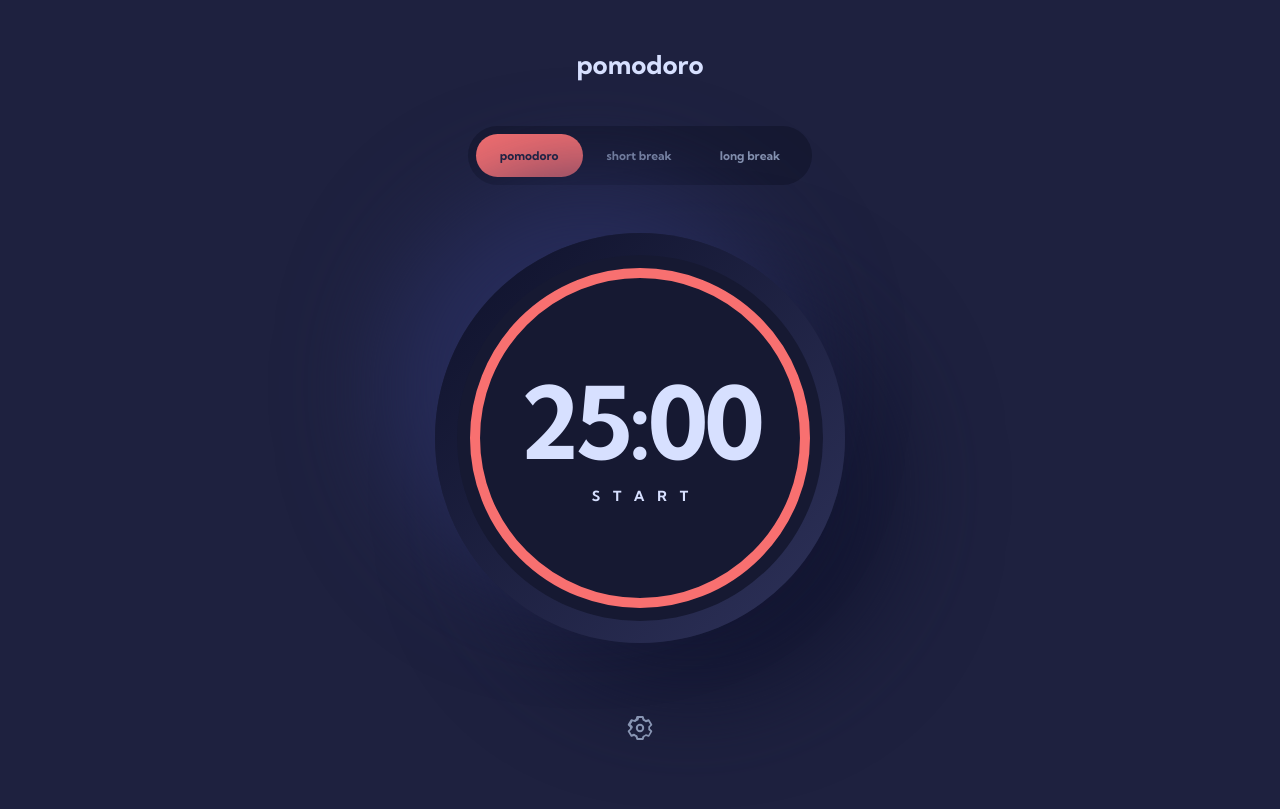
Repository: blordeus/pomodoro-app
Page: /
The author's editor kept a copy of each file at every save. The page is drawn from the files as they stood at one save, then again after the next save.
The browser window is 1280 px wide. The pictures show the whole page.
The project was rebuilt for these pictures with package versions that can differ from the ones it lists, and the page was loaded fresh each time. Also part of the build but not shown: src/components/TimeInput.jsx, src/components/SettingsModal.jsx.

Above is the page before, as saved 2026-05-09 17:55:50.

### index.html
<!doctype html>
<html lang="en">
  <head>
    <meta charset="UTF-8" />
    <meta name="viewport" content="width=device-width, initial-scale=1.0" />
    <title>Pomodoro App</title>
  </head>
  <body>
    <div id="root"></div>
    <script type="module" src="/src/main.jsx"></script>
  </body>
</html>

### src/main.jsx
import React from 'react';
import { createRoot } from 'react-dom/client';
import './index.css';
import App from './App.jsx';

createRoot(document.getElementById('root')).render(
  <React.StrictMode>
    <App />
  </React.StrictMode>
);

### src/index.css
@import url('https://fonts.googleapis.com/css2?family=Kumbh+Sans:wght@400;700&family=Roboto+Slab:wght@400;700&family=Space+Mono:wght@400;700&display=swap');

/* ─── Design Tokens ─────────────────────────────────────────── */
:root {
  --bg: #1E213F;
  --surface: #161932;
  --surface-alt: #0D0E1C;
  --text-primary: #D7E0FF;
  --text-muted: #8895B3;
  --modal-bg: #FFFFFF;
  --modal-text: #161932;
  --modal-label: #1E213F;
  --modal-section-title: #161932;
  --input-bg: #EFF1FA;
  --input-text: #1E213F;
  --divider: #E3E1E1;

  /* Accent — overridden by useSettings via JS */
  --accent: #F87070;

  /* Font — overridden by useSettings via JS */
  --font-app: 'Kumbh Sans', sans-serif;

  /* Timer sizing */
  --timer-outer: 410px;
  --timer-inner: 366px;
  --timer-ring-size: 339px;
}

/* ─── Reset & Base ──────────────────────────────────────────── */
*, *::before, *::after {
  box-sizing: border-box;
  margin: 0;
  padding: 0;
}

body {
  font-family: var(--font-app);
  background-color: var(--bg);
  color: var(--text-primary);
  min-height: 100vh;
  transition: font-family 0.2s ease;
}

button {
  cursor: pointer;
  border: none;
  background: none;
  font-family: inherit;
}

/* ─── App Layout ────────────────────────────────────────────── */
.app {
  display: flex;
  flex-direction: column;
  align-items: center;
  padding: 48px 24px 56px;
  min-height: 100vh;
}

.app__title {
  font-size: 1.625rem;
  font-weight: 700;
  letter-spacing: 0;
  color: var(--text-primary);
  margin-bottom: 45px;
}

/* ─── Mode Selector ─────────────────────────────────────────── */
.mode-selector {
  display: flex;
  align-items: center;
  background-color: var(--surface);
  border-radius: 31.5px;
  padding: 8px;
  gap: 0;
  margin-bottom: 48px;
}

.mode-btn {
  font-family: var(--font-app);
  font-size: 0.75rem;
  font-weight: 700;
  color: var(--text-muted);
  border-radius: 26.5px;
  padding: 14px 24px;
  transition: color 0.25s ease, background-color 0.25s ease;
  white-space: nowrap;
}

.mode-btn:hover {
  color: var(--text-primary);
}

.mode-btn--active {
  background-color: var(--accent);
  color: var(--modal-label);
}

/* ─── Timer ─────────────────────────────────────────────────── */
.timer-wrapper {
  margin-bottom: 63px;
}

.timer-outer {
  width: var(--timer-outer);
  height: var(--timer-outer);
  border-radius: 50%;
  background: linear-gradient(315deg, #2E325A 0%, #0E112A 100%);
  box-shadow:
    -50px -50px 100px #272C5A,
    50px 50px 100px #121530;
  display: flex;
  align-items: center;
  justify-content: center;
}

.timer-inner {
  width: var(--timer-inner);
  height: var(--timer-inner);
  border-radius: 50%;
  background: var(--surface);
  display: flex;
  align-items: center;
  justify-content: center;
  position: relative;
}

.timer-ring {
  position: absolute;
  inset: 0;
  display: flex;
  align-items: center;
  justify-content: center;
  width: 100%;
  height: 100%;
  padding: 13px;
}

.progress-ring {
  overflow: visible;
  width: 100%;
  height: 100%;
}

.timer-face {
  position: relative;
  z-index: 1;
  display: flex;
  flex-direction: column;
  align-items: center;
  gap: 15px;
  padding: 20px 40px;
  border-radius: 50%;
  background: transparent;
  transition: opacity 0.15s ease;
}

.timer-face:hover .timer-action {
  color: var(--accent);
}

.timer-time {
  font-family: var(--font-app);
  font-size: 6.25rem;
  font-weight: 700;
  color: var(--text-primary);
  letter-spacing: -4px;
  line-height: 1;
}

.timer-action {
  font-family: var(--font-app);
  font-size: 0.875rem;
  font-weight: 700;
  letter-spacing: 13px;
  color: var(--text-primary);
  text-transform: uppercase;
  transition: color 0.2s ease;
  /* offset to account for letter-spacing on last char */
  padding-left: 13px;
}

/* ─── Settings Trigger ──────────────────────────────────────── */
.settings-trigger {
  color: var(--text-muted);
  transition: color 0.2s ease;
  padding: 8px;
}

.settings-trigger:hover {
  color: var(--text-primary);
}

/* ─── Settings Modal ────────────────────────────────────────── */
.modal-backdrop {
  position: fixed;
  inset: 0;
  background: rgba(10, 12, 28, 0.5);
  display: flex;
  align-items: center;
  justify-content: center;
  z-index: 100;
  padding: 24px;
}

.modal {
  background: var(--modal-bg);
  border-radius: 25px;
  width: 100%;
  max-width: 540px;
  position: relative;
  overflow: visible;
}

.modal__header {
  display: flex;
  align-items: center;
  justify-content: space-between;
  padding: 34px 40px 28px;
  border-bottom: 1px solid var(--divider);
}

.modal__title {
  font-size: 1.75rem;
  font-weight: 700;
  color: var(--modal-label);
}

.modal__close {
  color: var(--text-muted);
  padding: 4px;
  transition: color 0.2s ease;
  display: flex;
  align-items: center;
  justify-content: center;
}

.modal__close:hover {
  color: var(--modal-label);
}

.modal__body {
  padding: 24px 40px;
}

.modal__section {
  padding: 24px 0;
}

.modal__section--row {
  display: flex;
  align-items: center;
  justify-content: space-between;
}

.modal__section-title {
  font-size: 0.6875rem;
  font-weight: 700;
  letter-spacing: 4.23px;
  color: var(--modal-section-title);
  text-transform: uppercase;
  margin-bottom: 18px;
}

.modal__section--row .modal__section-title {
  margin-bottom: 0;
}

.modal__time-inputs {
  display: flex;
  gap: 20px;
}

.modal__divider {
  height: 1px;
  background: var(--divider);
}

.modal__options {
  display: flex;
  gap: 16px;
  align-items: center;
}

.modal__footer {
  display: flex;
  justify-content: center;
  padding-bottom: 53px;
  /* Apply button overlaps the bottom of the modal */
  margin-top: -20px;
}

/* ─── TimeInput ─────────────────────────────────────────────── */
.time-input {
  flex: 1;
  display: flex;
  flex-direction: column;
  gap: 8px;
}

.time-input__label {
  font-size: 0.75rem;
  font-weight: 700;
  color: var(--text-muted);
}

.time-input__control {
  display: flex;
  align-items: center;
  justify-content: space-between;
  background: var(--input-bg);
  border-radius: 10px;
  padding: 14px 16px;
}

.time-input__value {
  font-size: 0.875rem;
  font-weight: 700;
  color: var(--input-text);
}

.time-input__arrows {
  display: flex;
  flex-direction: column;
  gap: 8px;
}

.time-input__arrow {
  color: #8895B3;
  display: flex;
  align-items: center;
  justify-content: center;
  transition: color 0.15s ease;
  padding: 0;
  line-height: 1;
}

.time-input__arrow:hover {
  color: var(--input-text);
}

/* ─── Font Buttons ──────────────────────────────────────────── */
.font-btn {
  width: 40px;
  height: 40px;
  border-radius: 50%;
  font-size: 0.9375rem;
  font-weight: 700;
  background: var(--input-bg);
  color: var(--modal-label);
  display: flex;
  align-items: center;
  justify-content: center;
  transition: background-color 0.2s ease, color 0.2s ease;
}

.font-btn--active {
  background: var(--modal-label);
  color: var(--modal-bg);
}

/* ─── Color Buttons ─────────────────────────────────────────── */
.color-btn {
  width: 40px;
  height: 40px;
  border-radius: 50%;
  position: relative;
  transition: opacity 0.2s ease;
}

.color-btn:hover {
  opacity: 0.85;
}

.color-btn--active::after {
  content: '';
  position: absolute;
  inset: 0;
  display: flex;
  align-items: center;
  justify-content: center;
  background-image: url("data:[embedded picture, 244 characters]");
  background-repeat: no-repeat;
  background-position: center;
}

/* ─── Apply Button ──────────────────────────────────────────── */
.apply-btn {
  font-family: var(--font-app);
  font-size: 1rem;
  font-weight: 700;
  color: white;
  background: var(--accent);
  border-radius: 26.5px;
  padding: 17px 47px;
  transition: filter 0.2s ease;
}

.apply-btn:hover {
  filter: brightness(1.15);
}

/* ─── Responsive ────────────────────────────────────────────── */
@media (max-width: 600px) {
  :root {
    --timer-outer: 300px;
    --timer-inner: 267px;
    --timer-ring-size: 248px;
  }

  .app {
    padding: 32px 24px 48px;
  }

  .app__title {
    margin-bottom: 40px;
  }

  .mode-selector {
    margin-bottom: 45px;
  }

  .mode-btn {
    padding: 11px 16px;
    font-size: 0.6875rem;
  }

  .timer-time {
    font-size: 5rem;
    letter-spacing: -3px;
  }

  .timer-wrapper {
    margin-bottom: 56px;
  }

  /* Settings modal: stack time inputs vertically */
  .modal__time-inputs {
    flex-direction: column;
    gap: 8px;
  }

  .time-input {
    flex-direction: row;
    align-items: center;
    justify-content: space-between;
  }

  .time-input__label {
    flex-shrink: 0;
  }

  .modal__header {
    padding: 28px 24px 24px;
  }

  .modal__body {
    padding: 24px 24px;
  }

  .modal__section--row {
    flex-direction: column;
    align-items: center;
    gap: 18px;
    text-align: center;
  }

  .modal__section-title {
    margin-bottom: 0;
  }
}

### src/App.jsx
import React, { useState } from 'react';
import { useTimer } from './hooks/useTimer';
import { useSettings } from './hooks/useSettings';
import ModeSelector from './components/ModeSelector';
import TimerDisplay from './components/TimerDisplay';
import SettingsModal from './components/SettingsModal';

const App = () => {
  const { settings, applySettings } = useSettings();
  const { mode, status, formattedTime, progress, start, pause, restart, switchMode } = useTimer(settings);
  const [showSettings, setShowSettings] = useState(false);

  return (
    <div className="app">
      <h1 className="app__title">pomodoro</h1>

      <ModeSelector mode={mode} onSwitch={switchMode} />

      <TimerDisplay
        formattedTime={formattedTime}
        progress={progress}
        status={status}
        onStart={start}
        onPause={pause}
        onRestart={restart}
      />

      <button
        className="settings-trigger"
        onClick={() => setShowSettings(true)}
        aria-label="Open settings"
      >
        <svg width="28" height="28" viewBox="0 0 28 28" xmlns="http://www.w3.org/2000/svg" fill="currentColor">
          <path fillRule="evenodd" clipRule="evenodd" d="M14 9.8a4.2 4.2 0 100 8.4 4.2 4.2 0 000-8.4zM11.8 14a2.2 2.2 0 114.4 0 2.2 2.2 0 01-4.4 0z"/>
          <path fillRule="evenodd" clipRule="evenodd" d="M11.28 2a1 1 0 00-.97.757L9.6 5.09a9.14 9.14 0 00-1.49.863L5.75 5.2a1 1 0 00-1.163.44l-2.72 4.71a1 1 0 00.22 1.247l1.87 1.57a9.225 9.225 0 000 1.664l-1.87 1.57a1 1 0 00-.22 1.247l2.72 4.71a1 1 0 001.163.44l2.36-.753c.469.332.965.625 1.49.863l.71 2.333A1 1 0 0011.28 26h5.44a1 1 0 00.97-.757l.71-2.333a9.14 9.14 0 001.49-.863l2.36.753a1 1 0 001.163-.44l2.72-4.71a1 1 0 00-.22-1.247l-1.87-1.57a9.22 9.22 0 000-1.664l1.87-1.57a1 1 0 00.22-1.247l-2.72-4.71A1 1 0 0022.25 5.2l-2.36.753a9.14 9.14 0 00-1.49-.863l-.71-2.333A1 1 0 0016.72 2h-5.44zm.793 2h3.854l.636 2.088a1 1 0 00.643.664 7.14 7.14 0 012.122 1.228 1 1 0 00.928.163l2.115-.675 1.927 3.338-1.674 1.406a1 1 0 00-.35.926c.053.352.08.71.08 1.062s-.027.71-.08 1.062a1 1 0 00.35.926l1.674 1.406-1.927 3.338-2.115-.675a1 1 0 00-.928.163 7.14 7.14 0 01-2.122 1.228 1 1 0 00-.643.664L15.927 24h-3.854l-.636-2.088a1 1 0 00-.643-.664 7.14 7.14 0 01-2.122-1.228 1 1 0 00-.928-.163l-2.115.675-1.927-3.338 1.674-1.406a1 1 0 00.35-.926A7.27 7.27 0 016.646 14c0-.352.027-.71.08-1.062a1 1 0 00-.35-.926L4.702 10.606l1.927-3.338 2.115.675a1 1 0 00.928-.163A7.14 7.14 0 0111.794 6.57a1 1 0 00.643-.664L13.073 4z"/>
        </svg>
      </button>

      {showSettings && (
        <SettingsModal
          settings={settings}
          onApply={applySettings}
          onClose={() => setShowSettings(false)}
        />
      )}
    </div>
  );
};

export default App;

### src/hooks/useTimer.js
import { useState, useEffect, useRef, useCallback } from 'react';

const MODES = {
  pomodoro: 'pomodoro',
  shortBreak: 'shortBreak',
  longBreak: 'longBreak',
};

export const useTimer = (settings) => {
  const [mode, setMode] = useState(MODES.pomodoro);
  const [status, setStatus] = useState('idle'); // idle | running | paused | complete
  const [timeLeft, setTimeLeft] = useState(settings.pomodoro * 60);
  const intervalRef = useRef(null);

  const totalTime = settings[mode] * 60;

  // Reset timer when mode or settings change
  useEffect(() => {
    clearInterval(intervalRef.current);
    setStatus('idle');
    setTimeLeft(settings[mode] * 60);
  }, [mode, settings]);

  useEffect(() => {
    if (status === 'running') {
      intervalRef.current = setInterval(() => {
        setTimeLeft((prev) => {
          if (prev <= 1) {
            clearInterval(intervalRef.current);
            setStatus('complete');
            return 0;
          }
          return prev - 1;
        });
      }, 1000);
    } else {
      clearInterval(intervalRef.current);
    }

    return () => clearInterval(intervalRef.current);
  }, [status]);

  const start = useCallback(() => setStatus('running'), []);
  const pause = useCallback(() => setStatus('paused'), []);
  const restart = useCallback(() => {
    setStatus('idle');
    setTimeLeft(settings[mode] * 60);
  }, [mode, settings]);

  const switchMode = useCallback((newMode) => {
    setMode(newMode);
  }, []);

  const minutes = Math.floor(timeLeft / 60);
  const seconds = timeLeft % 60;
  const formattedTime = `${String(minutes).padStart(2, '0')}:${String(seconds).padStart(2, '0')}`;
  const progress = timeLeft / totalTime; // 1 = full, 0 = empty

  return {
    mode,
    status,
    timeLeft,
    totalTime,
    formattedTime,
    progress,
    start,
    pause,
    restart,
    switchMode,
    MODES,
  };
};

### src/hooks/useSettings.js
import { useState, useEffect } from 'react';

const STORAGE_KEY = 'pomodoro-settings';

const DEFAULT_SETTINGS = {
  pomodoro: 25,
  shortBreak: 5,
  longBreak: 15,
  font: 'kumbh',   // kumbh | roboto | mono
  color: 'red',    // red | cyan | purple
};

export const useSettings = () => {
  const [settings, setSettings] = useState(() => {
    try {
      const saved = localStorage.getItem(STORAGE_KEY);
      return saved ? { ...DEFAULT_SETTINGS, ...JSON.parse(saved) } : DEFAULT_SETTINGS;
    } catch {
      return DEFAULT_SETTINGS;
    }
  });

  // Apply font + color to :root whenever settings change
  useEffect(() => {
    const root = document.documentElement;

    const fontMap = {
      kumbh: "'Kumbh Sans', sans-serif",
      roboto: "'Roboto Slab', serif",
      mono: "'Space Mono', monospace",
    };

    const colorMap = {
      red: '#F87070',
      cyan: '#70F3F8',
      purple: '#D881F8',
    };

    root.style.setProperty('--accent', colorMap[settings.color]);
    root.style.setProperty('--font-app', fontMap[settings.font]);
  }, [settings.font, settings.color]);

  const applySettings = (newSettings) => {
    const merged = { ...settings, ...newSettings };
    setSettings(merged);
    try {
      localStorage.setItem(STORAGE_KEY, JSON.stringify(merged));
    } catch {
      // storage unavailable, silently continue
    }
  };

  return { settings, applySettings };
};

### src/components/ModeSelector.jsx
import React, { useState } from 'react';

const LABELS = {
  pomodoro: 'pomodoro',
  shortBreak: 'short break',
  longBreak: 'long break',
};

const ModeSelector = ({ mode, onSwitch }) => {
  return (
    <nav className="mode-selector" aria-label="Timer mode">
      {Object.entries(LABELS).map(([key, label]) => (
        <button
          key={key}
          className={`mode-btn${mode === key ? ' mode-btn--active' : ''}`}
          onClick={() => onSwitch(key)}
          aria-pressed={mode === key}
        >
          {label}
        </button>
      ))}
    </nav>
  );
};

export default ModeSelector;

### src/components/TimerDisplay.jsx
import React, { useState } from 'react';
import CircularProgress from './CircularProgress';

const ACTION_LABELS = {
  idle: 'START',
  running: 'PAUSE',
  paused: 'RESUME',
  complete: 'RESTART',
};

const TimerDisplay = ({ formattedTime, progress, status, onStart, onPause, onRestart }) => {
  const actionLabel = ACTION_LABELS[status];

  const handleAction = () => {
    if (status === 'idle' || status === 'paused') onStart();
    else if (status === 'running') onPause();
    else if (status === 'complete') onRestart();
  };

  return (
    <div className="timer-wrapper">
      {/* Outer decorative circle with layered shadow effect */}
      <div className="timer-outer">
        <div className="timer-inner">
          {/* SVG progress ring sits behind the content */}
          <div className="timer-ring">
            <CircularProgress progress={progress} />
          </div>
          {/* Time + action button */}
          <button
            className="timer-face"
            onClick={handleAction}
            aria-label={`${actionLabel} timer, time remaining ${formattedTime}`}
          >
            <span className="timer-time">{formattedTime}</span>
            <span className="timer-action">{actionLabel}</span>
          </button>
        </div>
      </div>
    </div>
  );
};

export default TimerDisplay;

### src/components/CircularProgress.jsx
import React, { useState } from 'react';

const CircularProgress = ({ progress, size = 339, strokeWidth = 10 }) => {
  const radius = (size - strokeWidth) / 2;
  const circumference = 2 * Math.PI * radius;
  const offset = circumference - progress * circumference;

  return (
    <svg
      width="100%"
      height="100%"
      viewBox={`0 0 ${size} ${size}`}
      className="progress-ring"
      aria-hidden="true"
    >
      {/* Track (background ring) — invisible, just for spacing */}
      <circle
        cx={size / 2}
        cy={size / 2}
        r={radius}
        fill="none"
        stroke="transparent"
        strokeWidth={strokeWidth}
      />
      {/* Progress arc */}
      <circle
        cx={size / 2}
        cy={size / 2}
        r={radius}
        fill="none"
        stroke="var(--accent)"
        strokeWidth={strokeWidth}
        strokeLinecap="round"
        strokeDasharray={circumference}
        strokeDashoffset={offset}
        // Start at 12 o'clock (default SVG starts at 3 o'clock)
        transform={`rotate(-90 ${size / 2} ${size / 2})`}
        style={{ transition: 'stroke-dashoffset 0.5s linear' }}
      />
    </svg>
  );
};

export default CircularProgress;

After the next save:
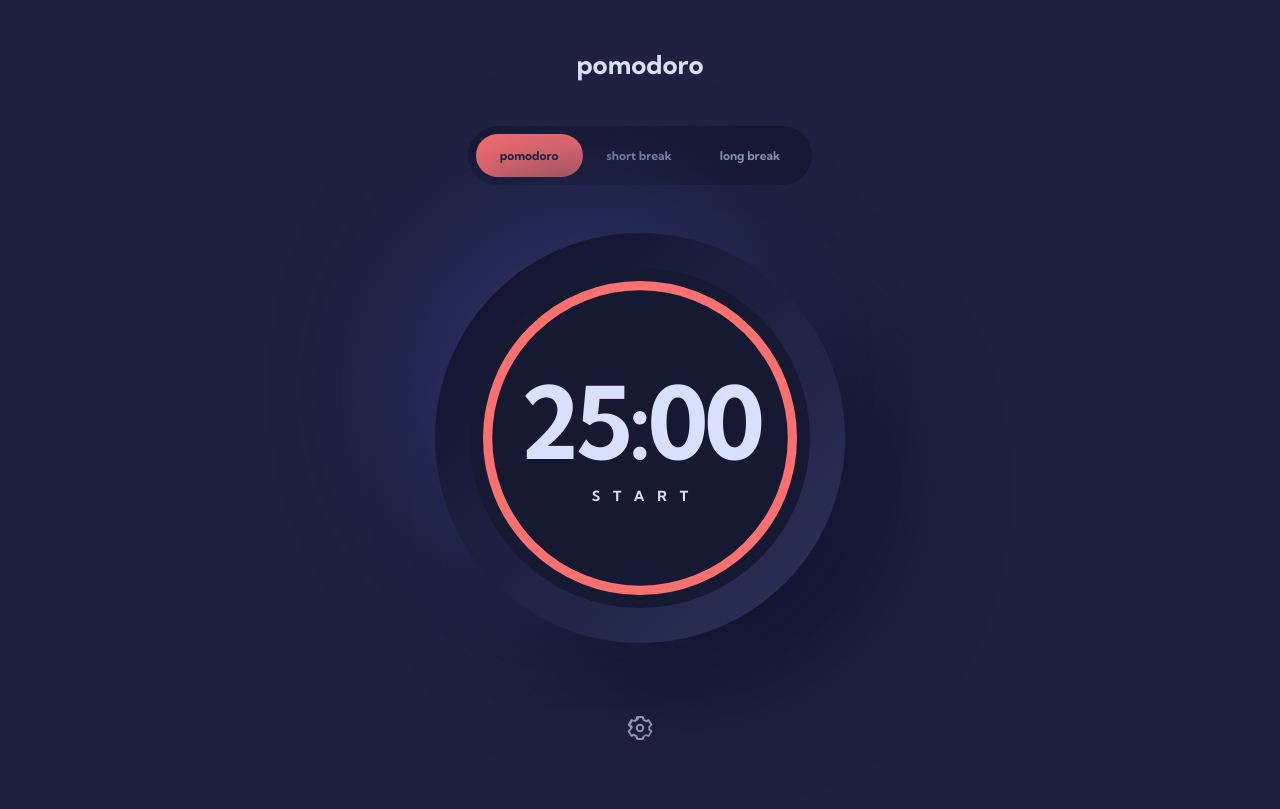
Saved 2 min 25 s later.
--- a/src/index.css
+++ b/src/index.css
@@ -23,7 +23,7 @@
 
   /* Timer sizing */
   --timer-outer: 410px;
-  --timer-inner: 366px;
+  --timer-inner: 340px;
   --timer-ring-size: 339px;
 }
 
